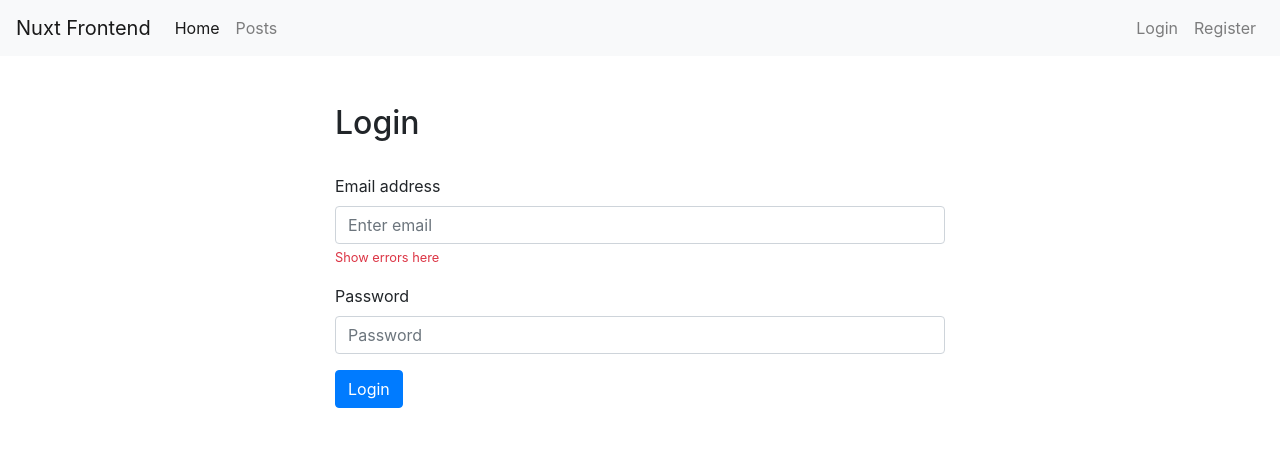
Repository: kazu62/lara-nuxt-front
Page: /login
An editor plug-in stored every save of this project. The page is shown before and after the next save, followed by the edit.
The browser window is 1280 px wide. The pictures show the whole page.
The project was rebuilt for these pictures with package versions that can differ from the ones it lists, and the page was loaded fresh each time. The framework's server and built-in components were replaced by stand-ins that run in the browser. Also part of the build but not shown: nuxt.config.js.

Above is the page before, as saved 2018-11-26 23:21:29.

After the next save:
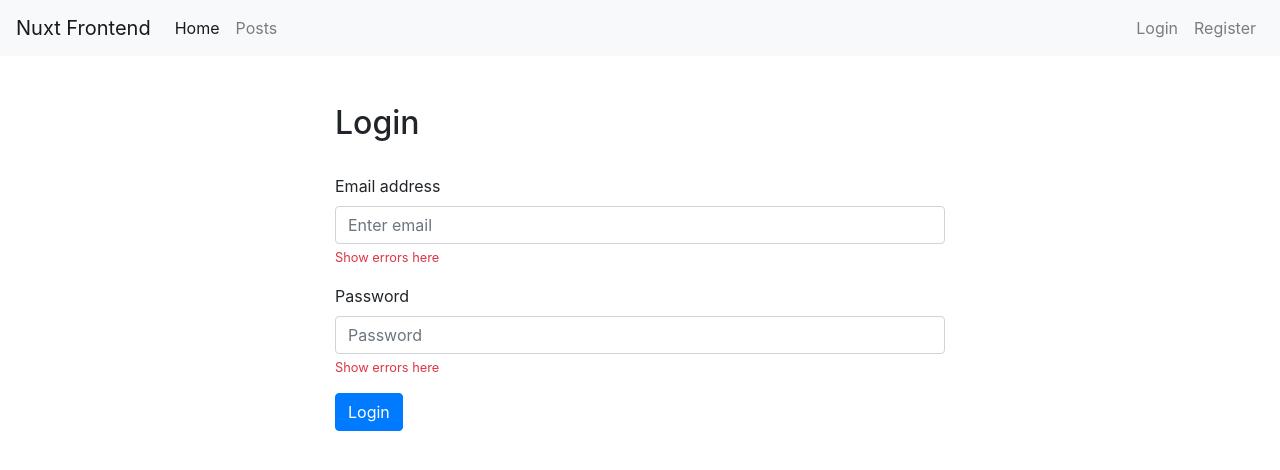
Saved 13 s later.
--- a/pages/login.vue
+++ b/pages/login.vue
@@ -11,6 +11,7 @@
       <div class="form-group">
         <label>Password</label>
         <input type="password" class="form-control" placeholder="Password">
+        <small class="form-text text-danger">Show errors here</small>
       </div>
       <button type="submit" class="btn btn-primary">Login</button>
     </form>
